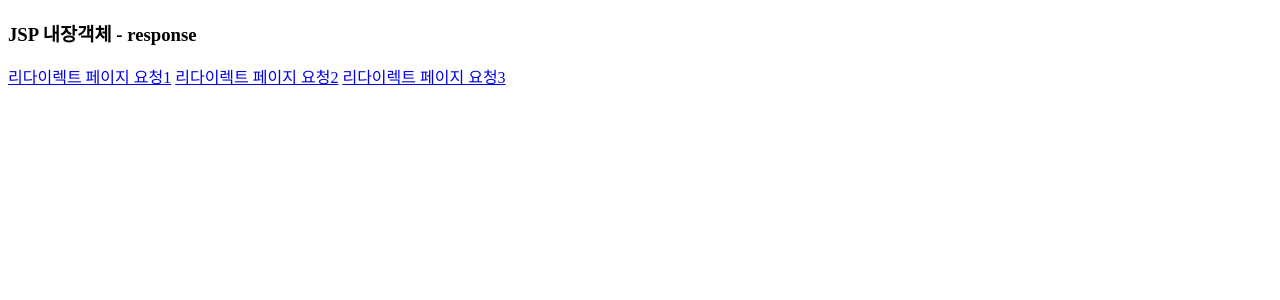
Repository: SangKyuuu/Jsp
Page: http://localhost/ch03/2_response.jsp
These files come from the project's save history. The page is drawn as it stood at one moment and after a run of saves; the edit follows.
The browser window is 1280 px wide. The pictures show the whole page.
The page is served by Tomcat 9.

Above is the page before, as saved 2025-07-28 06:22:10.

### ch03/src/main/webapp/2_response.jsp
<%@ page contentType="text/html; charset=UTF-8" pageEncoding="UTF-8"%>
<!DOCTYPE html>
<html>
	<head>
		<meta charset="UTF-8">
		<title>JSP 내장객체 Response</title>
		<!--
			25/07/28
			최상규
			JSP 내장객체 response 실습하기
		 -->
	</head>
	<body>
		<h3>JSP 내장객체 - response</h3>

		<a href="./proc/redirect1.jsp">리다이렉트 페이지 요청1</a>
		<a href="./proc/redirect2.jsp">리다이렉트 페이지 요청2</a>
		<a href="./proc/redirect3.jsp">리다이렉트 페이지 요청3</a>
	</body>
</html>

After the next 2 saves:
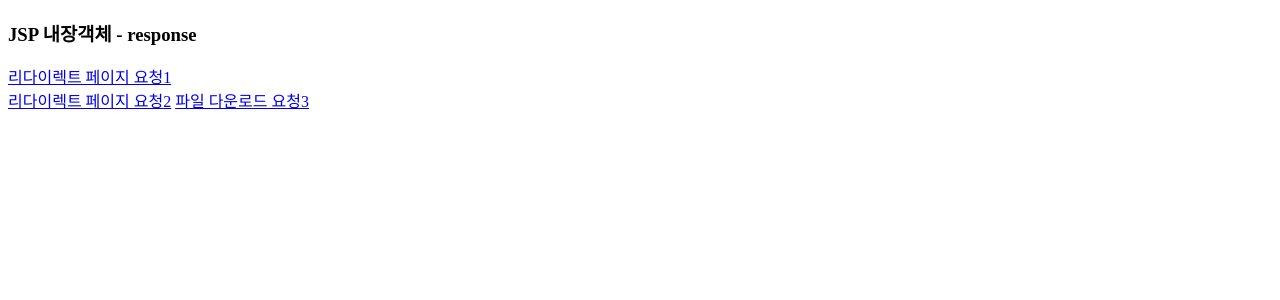
The 2 saves are shown as one change because they came seconds apart.
The last was saved 42 s later.
--- a/ch03/src/main/webapp/2_response.jsp
+++ b/ch03/src/main/webapp/2_response.jsp
@@ -13,8 +13,8 @@
 	<body>
 		<h3>JSP 내장객체 - response</h3>
 
-		<a href="./proc/redirect1.jsp">리다이렉트 페이지 요청1</a>
+		<a href="./proc/redirect1.jsp">리다이렉트 페이지 요청1</a><br/>
 		<a href="./proc/redirect2.jsp">리다이렉트 페이지 요청2</a>
-		<a href="./proc/redirect3.jsp">리다이렉트 페이지 요청3</a>
+		<a href="./proc/redirect3.jsp">파일 다운로드 요청3</a>
 	</body>
 </html>
